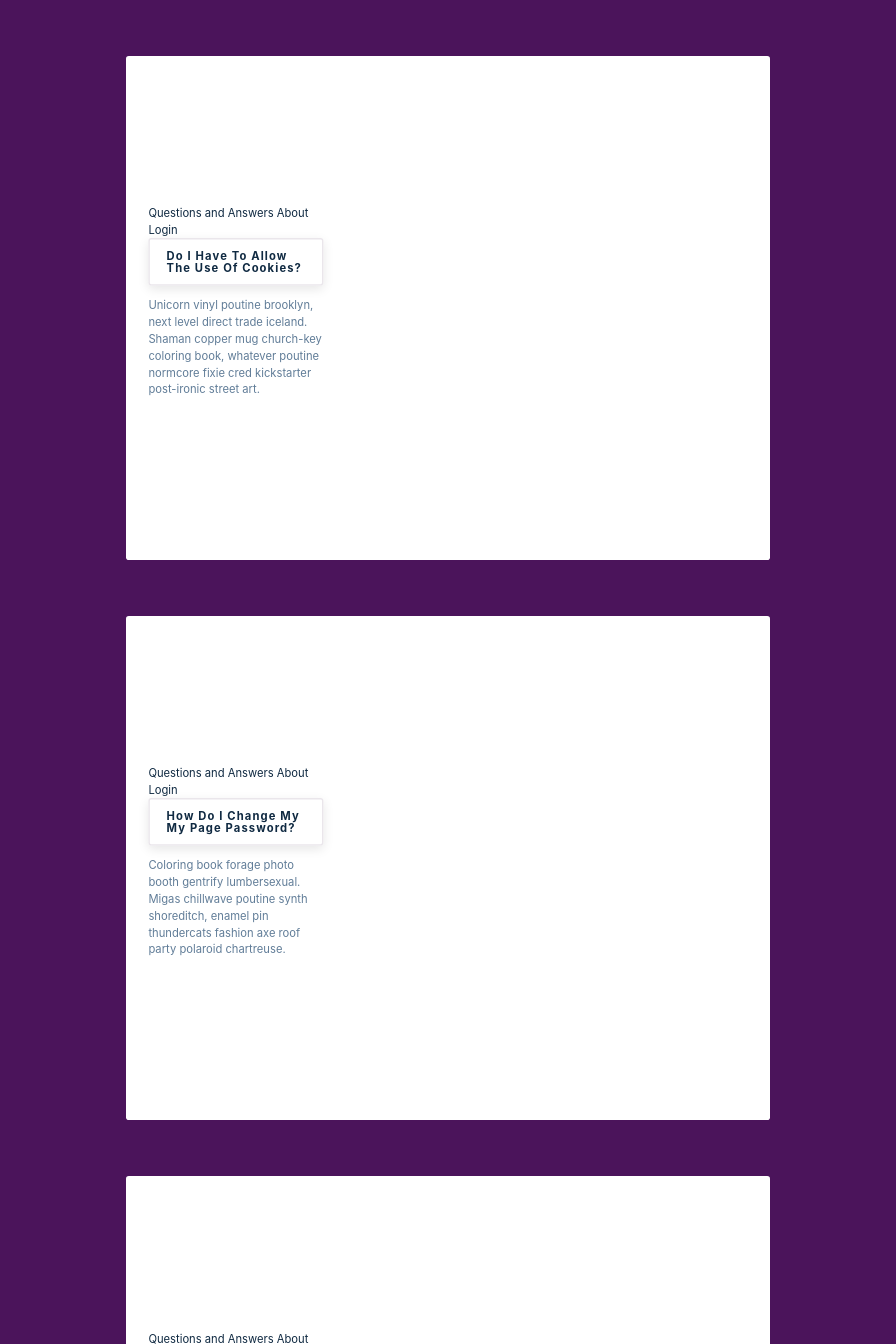
Repository: Reghanoid/Accordion
Page: /
These files come from the project's save history. The page is drawn as it stood at one moment and after the next save; the edit follows.
The browser window is 1280 px wide. The pictures show the part of the page from y = 0 to 1920 px (the page is 4080 px tall), at 70% of full size.
The project was rebuilt for these pictures with package versions that can differ from the ones it lists, and the page was loaded fresh each time.

Above is the page before, as saved 2022-06-06 14:59:29.

After the next save:
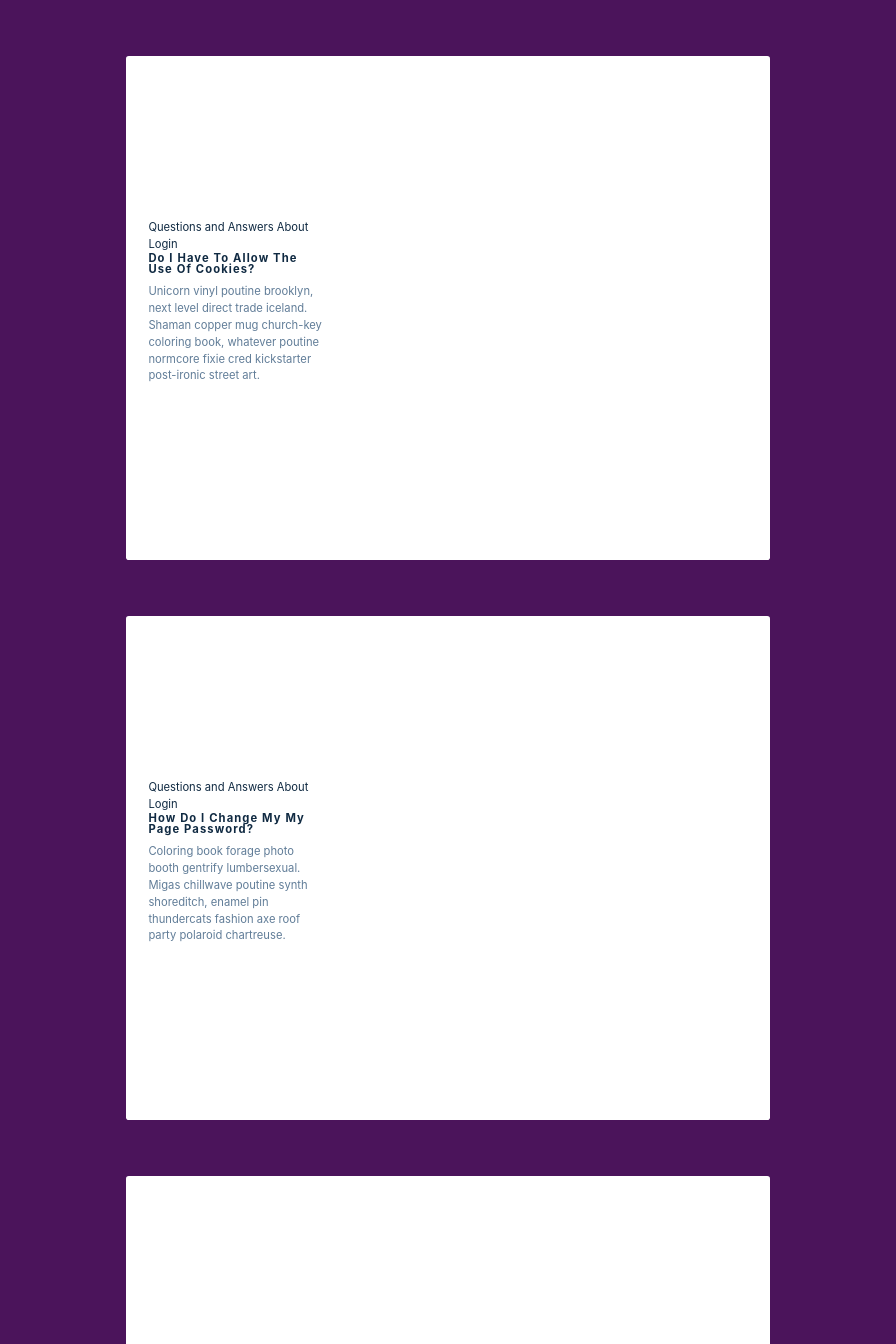
Saved 29 s later.
--- a/src/Question.js
+++ b/src/Question.js
@@ -6,7 +6,7 @@ const Question = (props) => {
       <header>
         Questions and Answers About Login
         <div>
-          <h4 className='question'> {props.title} </h4>
+          <h4> {props.title} </h4>
           <p> {props.info} </p>
         </div>
       </header>
